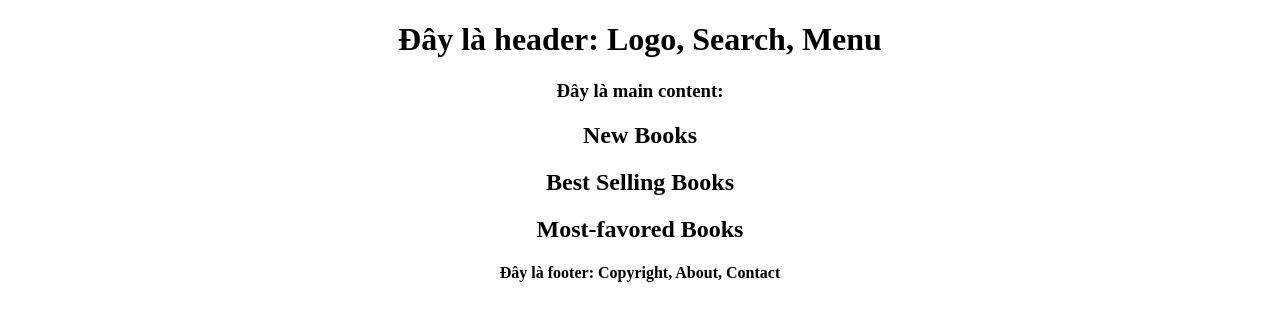
Repository: tranky1992/tranky1992.github.io
Page: http://localhost/BookStoreWebsite/
These files come from the project's save history. The page is drawn as it stood at one moment and after the next save; the edit follows.
The browser window is 1280 px wide. The pictures show the whole page.
The page is served by Tomcat 9.

Above is the page before, as saved 2020-10-01 09:22:17.

After the next save:
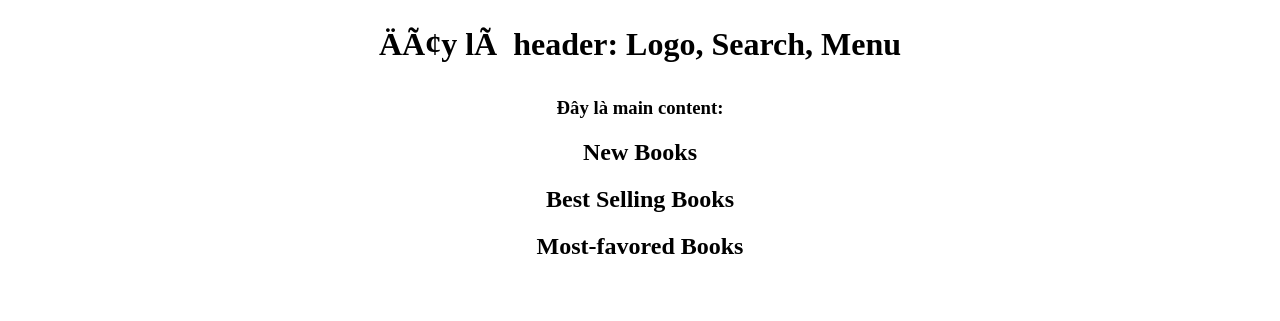
Saved 3 min 19 s later.
--- a/BookStoreWebsite/WebContent/frontend/index.jsp
+++ b/BookStoreWebsite/WebContent/frontend/index.jsp
@@ -6,19 +6,13 @@
 <title>STB Books - Online Books Store	</title>
 </head>
 <body>
-	<div align="center">
-		<h1>Đây là header: Logo, Search, Menu</h1>
-	</div>
+	<jsp:directive.include file="header.jsp" />
 	<div align="center">
 		<h3>Đây là main content: </h3>
 		<h2>New Books</h2>
 		<h2>Best Selling Books</h2>
 		<h2>Most-favored Books</h2>
 	</div>
-	<div align="center">
-		<h4>
-			Đây là footer: Copyright, About, Contact
-		</h4>
-	</div>
+
 </body>
 </html>
